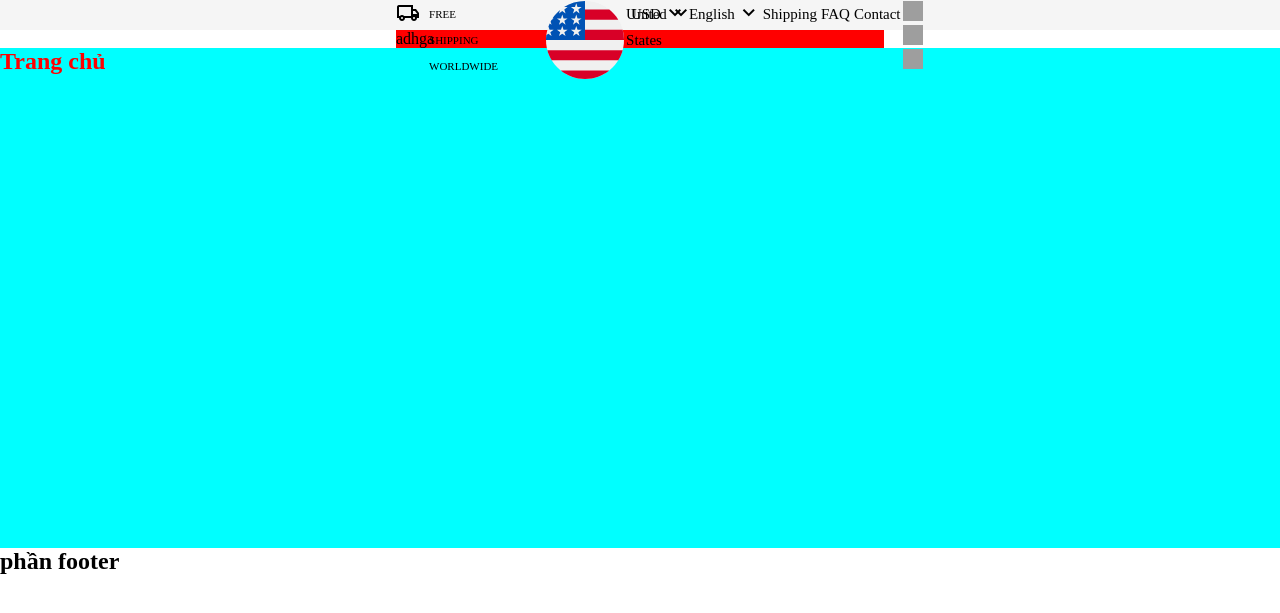
Repository: tatvanhco/shopper
Page: /
These files come from the project's save history. The page is drawn as it stood at one moment and after a run of saves; the edit follows.
The browser window is 1280 px wide. The pictures show the whole page.
Pictures or frames that could not be fetched are drawn as grey boxes. The project was rebuilt for these pictures with package versions that can differ from the ones it lists, and the page was loaded fresh each time.

Above is the page before, as saved 2022-09-24 11:54:42.

### src/index.tsx
import React from 'react';
import { createRoot } from 'react-dom/client';
import { Provider } from 'react-redux';
import { store } from './app/store';
import App from './App';
import reportWebVitals from './reportWebVitals';
import './index.scss';

const container = document.getElementById('root')!;
const root = createRoot(container);

root.render(
    <React.StrictMode>
        <Provider store={store}>
            <App />
        </Provider>
    </React.StrictMode>,
);

// If you want to start measuring performance in your app, pass a function
// to log results (for example: reportWebVitals(console.log))
// or send to an analytics endpoint. Learn more: https://bit.ly/CRA-vitals
reportWebVitals();

### src/app/store.ts
import { configureStore, ThunkAction, Action, getDefaultMiddleware } from '@reduxjs/toolkit';
import createSagaMiddleware from '@redux-saga/core';
import rootSaga from './rootSaga';

const sagaMiddleware = createSagaMiddleware();
export const store = configureStore({
    reducer: {

    },
    middleware: (getDefaultMiddleware) => {
        return getDefaultMiddleware().concat(sagaMiddleware);
    },
});

sagaMiddleware.run(rootSaga);

export type AppDispatch = typeof store.dispatch;
export type RootState = ReturnType<typeof store.getState>;
export type AppThunk<ReturnType = void> = ThunkAction<ReturnType, RootState, unknown, Action<string>>;

### src/App.tsx
import React from 'react';
import './App.scss';
import Header from 'components/header/header';
import Footer from 'components/footer/footer';
import Home from 'pages/home/home';

function App() {
    return (
        <div className="App">
            <Header />
            <Home />
            <Footer />
        </div>
    );
}

export default App;

### src/index.scss
/* @import 'normalize.css'; */
@import url('https://fonts.googleapis.com/css2?family=Roboto:wght@300;400;500;700&display=swap');
@import url('https://fonts.googleapis.com/css2?family=Material+Symbols+Outlined:opsz,wght,FILL,GRAD@20..48,100..700,0..1,-50..200');

body {
    margin: -15px 0 0 0;
    padding: 0;
    /* font-family: -apple-system, BlinkMacSystemFont, 'Segoe UI', 'Roboto', 'Oxygen', 'Ubuntu', 'Cantarell', 'Fira Sans',
        'Droid Sans', 'Helvetica Neue', sans-serif; */
    -webkit-font-smoothing: antialiased;
    -moz-osx-font-smoothing: grayscale;
}

html {
    margin: 0;
    padding: 0;
}

code {
    font-family: source-code-pro, Menlo, Monaco, Consolas, 'Courier New', monospace;
}

p {
    margin: 0 !important;
    line-height: initial;
}

h1,
h2 {
    margin: 0;
}

### src/app/rootSaga.ts
function* rootSaga() {
    console.log('hahahha');
}

export default rootSaga;

### src/App.scss
.container {
    padding: 0px 16px;
    margin: 0 380px;
}

.d-flex {
    display: flex;
}

.ul {
    list-style: none;
    padding-left: 0;
}

.title {
    font-size: 15px;
    line-height: 26px;
    padding: 0 2px;
}

.img-icon {
    width: 20px;
    height: 20px;
}

.p-4p {
    padding: 0 4px;
}

### src/components/header/header.tsx
import clsx from 'clsx';
import { url } from 'inspector';
import { Fragment } from 'react';
import styles from './header.module.scss';

function header() {
    return (
        <Fragment>
            <div className="header">
                <div className={styles.headerTop}>
                    <div className="container">
                        <div className={clsx(styles.headerContact, 'd-flex')}>
                            <div className="headerContactRight">
                                <ul className={clsx('headerContactRightItems', 'ul', 'd-flex')}>
                                    <li className={clsx('headerContactRightItem', 'd-flex')}>
                                        <span className="material-symbols-outlined">local_shipping</span>
                                        <p className={clsx(styles.titleShip)}>FREE SHIPPING WORLDWIDE</p>
                                    </li>
                                    <li className={clsx('headerContactRightItem', 'd-flex')}>
                                        <div className={clsx(styles.nation, 'd-flex')}>
                                            <img
                                                src="data:[embedded picture, 137 characters]
                                                        nLzIwMDAvc3ZnIj4KPHBhdGggZD0iTTcgMTRDMTAuODY2IDE0IDE0IDEwLjg2NiAxNCA3QzE0IDMuMTM0MDEgMTAuODY2IDAgNyAwQzMuMTM0MDEgMCAwIDMuMTM0MDEgMCA3QzAgMTAuO
                                                        DY2IDMuMTM0MDEgMTQgNyAxNFoiIGZpbGw9IiNGMEYwRjAiLz4KPHBhdGggZD0iTTYuNjk1OCA2Ljk5OTk4SDE0LjAwMDFDMTQuMDAwMSA2LjM2ODE4IDEzLjkxNTkgNS43NTYxMiAxMy4
                                                        3NTkgNS4xNzM4OUg2LjY5NThWNi45OTk5OFoiIGZpbGw9IiNEODAwMjciLz4KPHBhdGggZD0iTTYuNjk1OCAzLjM0NzgzSDEyLjk3MjdDMTIuNTQ0MiAyLjY0ODU5IDExLjk5NjMgMi4wM
                                                        zA1NCAxMS4zNTc1IDEuNTIxNzNINi42OTU4VjMuMzQ3ODNaIiBmaWxsPSIjRDgwMDI3Ii8+CjxwYXRoIGQ9Ik02Ljk5OTk3IDE0QzguNjQ3NCAxNCAxMC4xNjE2IDEzLjQzMDYgMTEuMzU
                                                        3NCAxMi40NzgzSDIuNjQyNThDMy44MzgzMiAxMy40MzA2IDUuMzUyNTMgMTQgNi45OTk5NyAxNFoiIGZpbGw9IiNEODAwMjciLz4KPHBhdGggZD0iTTEuMDI3NDggMTAuNjUyMkgxMi45N
                                                        zI3QzEzLjMxNjcgMTAuMDkwOCAxMy41ODM1IDkuNDc3MjMgMTMuNzU4OSA4LjgyNjA3SDAuMjQxMjExQzAuNDE2Njc2IDkuNDc3MjMgMC42ODM0NjkgMTAuMDkwOCAxLjAyNzQ4IDEwLjY
                                                        1MjJaIiBmaWxsPSIjRDgwMDI3Ii8+CjxwYXRoIGQ9Ik0zLjI0MjUzIDEuMDkzMTVIMy44ODA0M0wzLjI4NzA3IDEuNTI0MjJMMy41MTM3MyAyLjIyMTczTDIuOTIwMzkgMS43OTA2NkwyL
                                                        jMyNzA2IDIuMjIxNzNMMi41MjI4NCAxLjYxOTE2QzIuMDAwNDEgMi4wNTQzNCAxLjU0MjUyIDIuNTY0MTkgMS4xNjUxNyAzLjEzMjI4SDEuMzY5NTdMMC45OTE4NjcgMy40MDY2OEMwLjk
                                                        zMzAyMyAzLjUwNDg0IDAuODc2NTg2IDMuNjA0NTYgMC44MjI1IDMuNzA1NzZMMS4wMDI4NiA0LjI2MDg3TDAuNjY2MzY3IDQuMDE2MzlDMC41ODI3MjMgNC4xOTM2IDAuNTA2MjE1IDQuM
                                                        zc0ODEgMC40Mzc0NDUgNC41NTk3OUwwLjYzNjE1MiA1LjE3MTQxSDEuMzY5NTdMMC43NzYyMDcgNS42MDI0OUwxLjAwMjg2IDYuM0wwLjQwOTUyNyA1Ljg2ODkzTDAuMDU0MTEzMyA2LjE
                                                        yNzE2QzAuMDE4NTM5MSA2LjQxMzEyIDAgNi43MDQzOSAwIDdIN0M3IDMuMTM0MDMgNyAyLjY3ODI3IDcgMEM1LjYxNzE3IDAgNC4zMjgxMSAwLjQwMTEzMyAzLjI0MjUzIDEuMDkzMTVaT
                                                        TMuNTEzNzMgNi4zTDIuOTIwMzkgNS44Njg5M0wyLjMyNzA2IDYuM0wyLjU1MzcxIDUuNjAyNDlMMS45NjAzNiA1LjE3MTQxSDIuNjkzNzdMMi45MjAzOSA0LjQ3MzlMMy4xNDcwMiA1LjE
                                                        3MTQxSDMuODgwNDNMMy4yODcwNyA1LjYwMjQ5TDMuNTEzNzMgNi4zWk0zLjI4NzA3IDMuNTYzMzZMMy41MTM3MyA0LjI2MDg3TDIuOTIwMzkgMy44Mjk3OUwyLjMyNzA2IDQuMjYwODdMM
                                                        i41NTM3MSAzLjU2MzM2TDEuOTYwMzYgMy4xMzIyOEgyLjY5Mzc3TDIuOTIwMzkgMi40MzQ3N0wzLjE0NzAyIDMuMTMyMjhIMy44ODA0M0wzLjI4NzA3IDMuNTYzMzZaTTYuMDI0NTkgNi4
                                                        zTDUuNDMxMjYgNS44Njg5M0w0LjgzNzkzIDYuM0w1LjA2NDU4IDUuNjAyNDlMNC40NzEyMiA1LjE3MTQxSDUuMjA0NjRMNS40MzEyNiA0LjQ3MzlMNS42NTc4OSA1LjE3MTQxSDYuMzkxM
                                                        0w1Ljc5Nzk0IDUuNjAyNDlMNi4wMjQ1OSA2LjNaTTUuNzk3OTQgMy41NjMzNkw2LjAyNDU5IDQuMjYwODdMNS40MzEyNiAzLjgyOTc5TDQuODM3OTMgNC4yNjA4N0w1LjA2NDU4IDMuNTY
                                                        zMzZMNC40NzEyMiAzLjEzMjI4SDUuMjA0NjRMNS40MzEyNiAyLjQzNDc3TDUuNjU3ODkgMy4xMzIyOEg2LjM5MTNMNS43OTc5NCAzLjU2MzM2Wk01Ljc5Nzk0IDEuNTI0MjJMNi4wMjQ1O
                                                        SAyLjIyMTczTDUuNDMxMjYgMS43OTA2Nkw0LjgzNzkzIDIuMjIxNzNMNS4wNjQ1OCAxLjUyNDIyTDQuNDcxMjIgMS4wOTMxNUg1LjIwNDY0TDUuNDMxMjYgMC4zOTU2MzdMNS42NTc4OSA
                                                        xLjA5MzE1SDYuMzkxM0w1Ljc5Nzk0IDEuNTI0MjJaIiBmaWxsPSIjMDA1MkI0Ii8+Cjwvc3ZnPgo="
                                                alt=""
                                            />
                                            <p className={clsx('title')}>United States</p>
                                            <span className="material-symbols-outlined">expand_more</span>
                                        </div>
                                    </li>
                                    <li className={clsx('headerContactRightItem', 'd-flex')}>
                                        <div className={clsx(styles.nation, 'd-flex')}>
                                            <p className={clsx('title')}>USD</p>
                                            <span className="material-symbols-outlined">expand_more</span>
                                        </div>
                                    </li>
                                    <li className={clsx('headerContactRightItem', 'd-flex')}>
                                        <div className={clsx(styles.nation, 'd-flex')}>
                                            <p className={clsx('title')}>English</p>
                                            <span className="material-symbols-outlined">expand_more</span>
                                        </div>
                                    </li>
                                </ul>
                            </div>
                            <div className="headerContactLeft">
                                <ul className={clsx('headerContactLeftItems', 'd-flex', 'ul')}>
                                    <li className={clsx('headerContactLeftItem')}>
                                        <p className={clsx('title')}>Shipping</p>
                                    </li>
                                    <li className={clsx('headerContactLeftItem')}>
                                        <p className={clsx('title')}>FAQ</p>
                                    </li>
                                    <li className={clsx('headerContactLeftItem')}>
                                        <p className={clsx('title')}>Contact</p>
                                    </li>
                                    <li className={clsx('headerContactLeftItem')}>
                                        <img
                                            className={clsx('img-icon')}
                                            src="https://cdn-icons-png.flaticon.com/512/1384/1384005.png"
                                            alt="Facebook"
                                        />
                                        <img
                                            className={clsx('img-icon')}
                                            src="https://cdn-icons-png.flaticon.com/512/3661/3661391.png"
                                            alt="Instagram"
                                        />
                                        <img
                                            className={clsx('img-icon')}
                                            src="https://cdn-icons-png.flaticon.com/512/1384/1384028.png"
                                            alt="Youtube"
                                        />
                                    </li>
                                </ul>
                            </div>
                        </div>
                    </div>
                </div>
                <div className="headerBottom">
                    <div className="container">
                        <div className={clsx(styles.headerFrom)}>adhga</div>
                    </div>
                </div>
            </div>
        </Fragment>
    );
}

export default header;

### src/components/footer/footer.tsx
function footer() {
    return <h2>phần footer</h2>;
}

export default footer;

### src/pages/home/home.tsx
import clsx from 'clsx';
import styles from './home.module.scss';

function Home() {
    return (
        <>
            <h2 className={clsx(styles.heading)}>Trang chủ</h2>
        </>
    );
}

export default Home;

### src/components/header/header.module.scss
.headerTop {
    background-color: #f5f5f5;
}

.headerContact {
    height: 45px;
    justify-content: space-between;
    vertical-align: middle;
}

.headerFrom {
    background-color: red;
}

.titleShip {
    font-size: 11px;
    line-height: 26px;
    padding: 0px 48px 0 9px;
}

### src/pages/home/home.module.scss
.heading {
    height: 500px;
    background-color: aqua;
    color: red;
}

.active {
    background-color: yellow;
}

Loaded but not shown: public/index.html (common file); src/reportWebVitals.ts (common file)

After the next 3 saves:
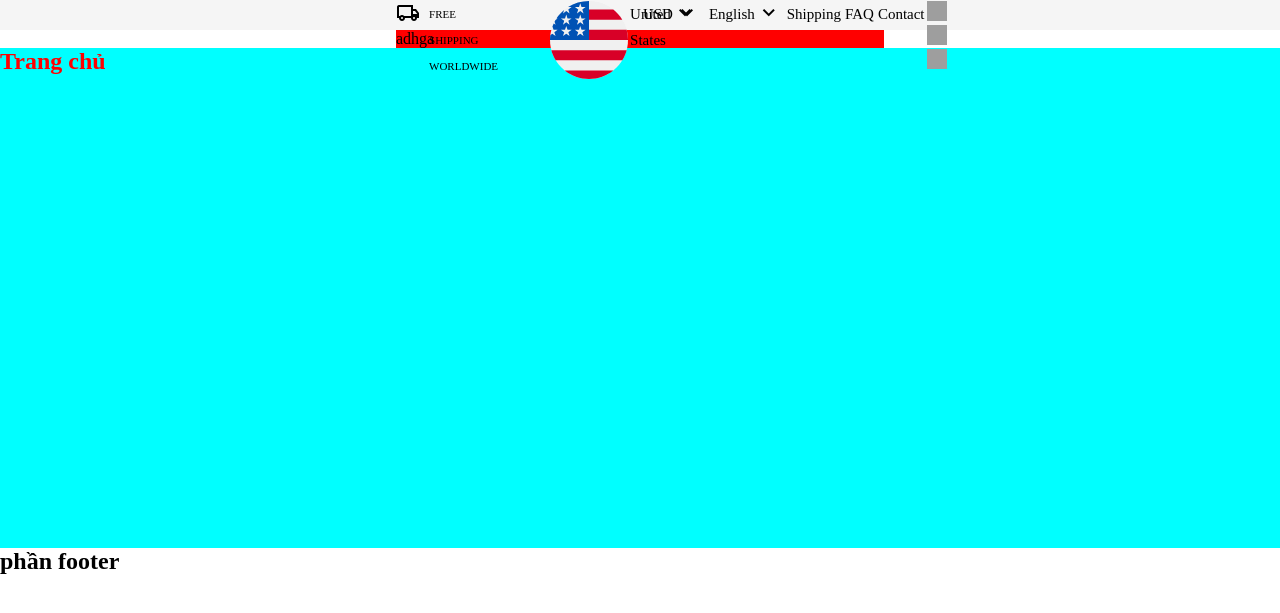
The 3 saves are shown as one change because they came seconds apart.
The last was saved 36 s later.
--- a/src/components/header/header.tsx
+++ b/src/components/header/header.tsx
@@ -16,7 +16,7 @@ function header() {
                                         <span className="material-symbols-outlined">local_shipping</span>
                                         <p className={clsx(styles.titleShip)}>FREE SHIPPING WORLDWIDE</p>
                                     </li>
-                                    <li className={clsx('headerContactRightItem', 'd-flex')}>
+                                    <li className={clsx('headerContactRightItem', 'd-flex', 'p-4p')}>
                                         <div className={clsx(styles.nation, 'd-flex')}>
                                             <img
                                                 src="data:[embedded picture, 137 characters]
@@ -45,13 +45,13 @@ function header() {
                                             <span className="material-symbols-outlined">expand_more</span>
                                         </div>
                                     </li>
-                                    <li className={clsx('headerContactRightItem', 'd-flex')}>
+                                    <li className={clsx('headerContactRightItem', 'd-flex', 'p-4p')}>
                                         <div className={clsx(styles.nation, 'd-flex')}>
                                             <p className={clsx('title')}>USD</p>
                                             <span className="material-symbols-outlined">expand_more</span>
                                         </div>
                                     </li>
-                                    <li className={clsx('headerContactRightItem', 'd-flex')}>
+                                    <li className={clsx('headerContactRightItem', 'd-flex', 'p-4p')}>
                                         <div className={clsx(styles.nation, 'd-flex')}>
                                             <p className={clsx('title')}>English</p>
                                             <span className="material-symbols-outlined">expand_more</span>
